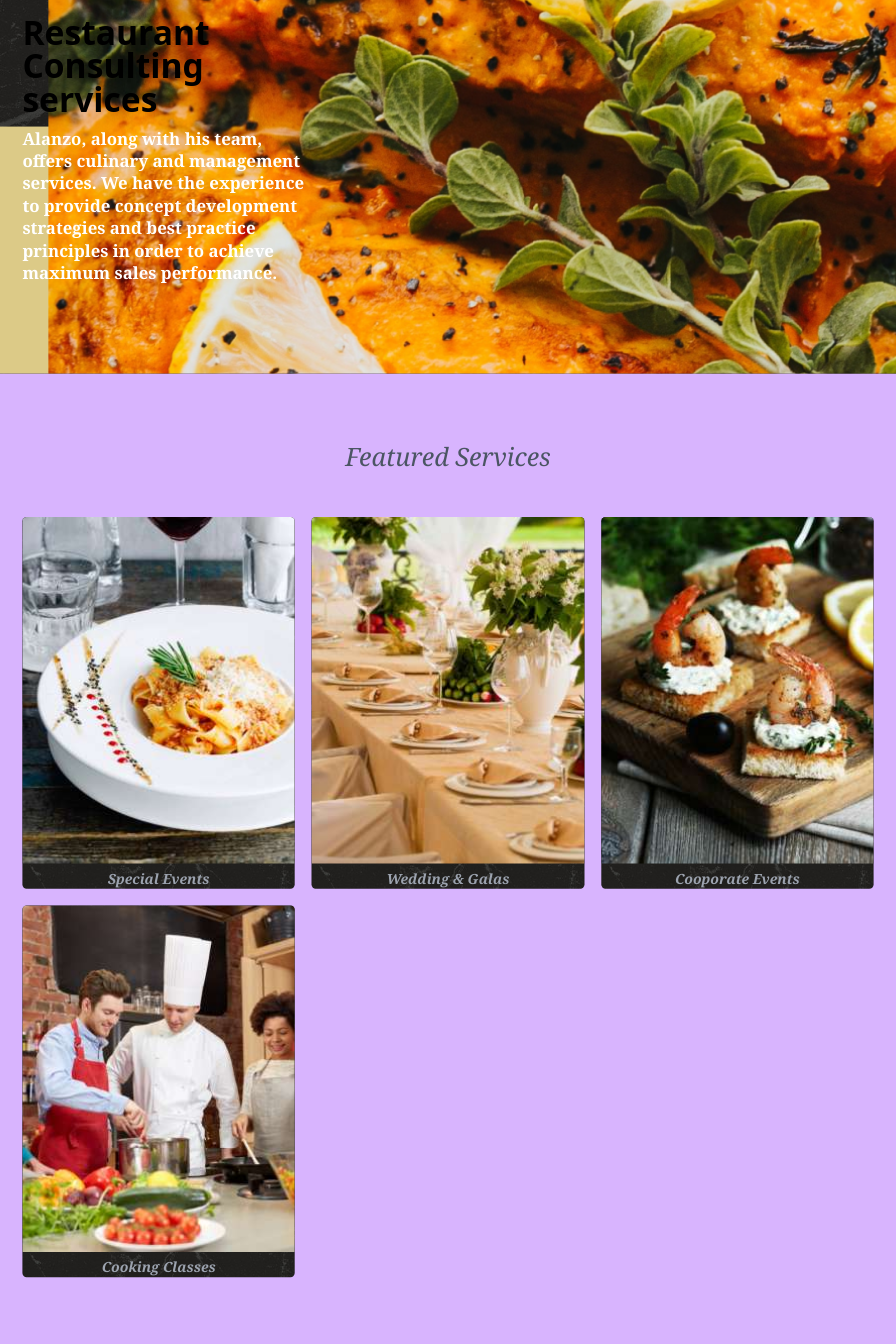
Repository: remydev47/alanzo
Page: /
The author's editor kept a copy of each file at every save. The page is drawn from the files as they stood at one save, then again after the next save.
The browser window is 1280 px wide. The pictures show the part of the page from y = 2102 to 4022 px (the page is 4022 px tall), at 70% of full size.
The project was rebuilt for these pictures with package versions that can differ from the ones it lists, and the page was loaded fresh each time. The framework's server and built-in components were replaced by stand-ins that run in the browser. Also part of the build but not shown: next.config.js, components/Menu.tsx, components/Testimonials.tsx, components/CTA.tsx, components/Footer.tsx.

Above is the page before, as saved 2022-12-17 13:13:58.

After the next save:
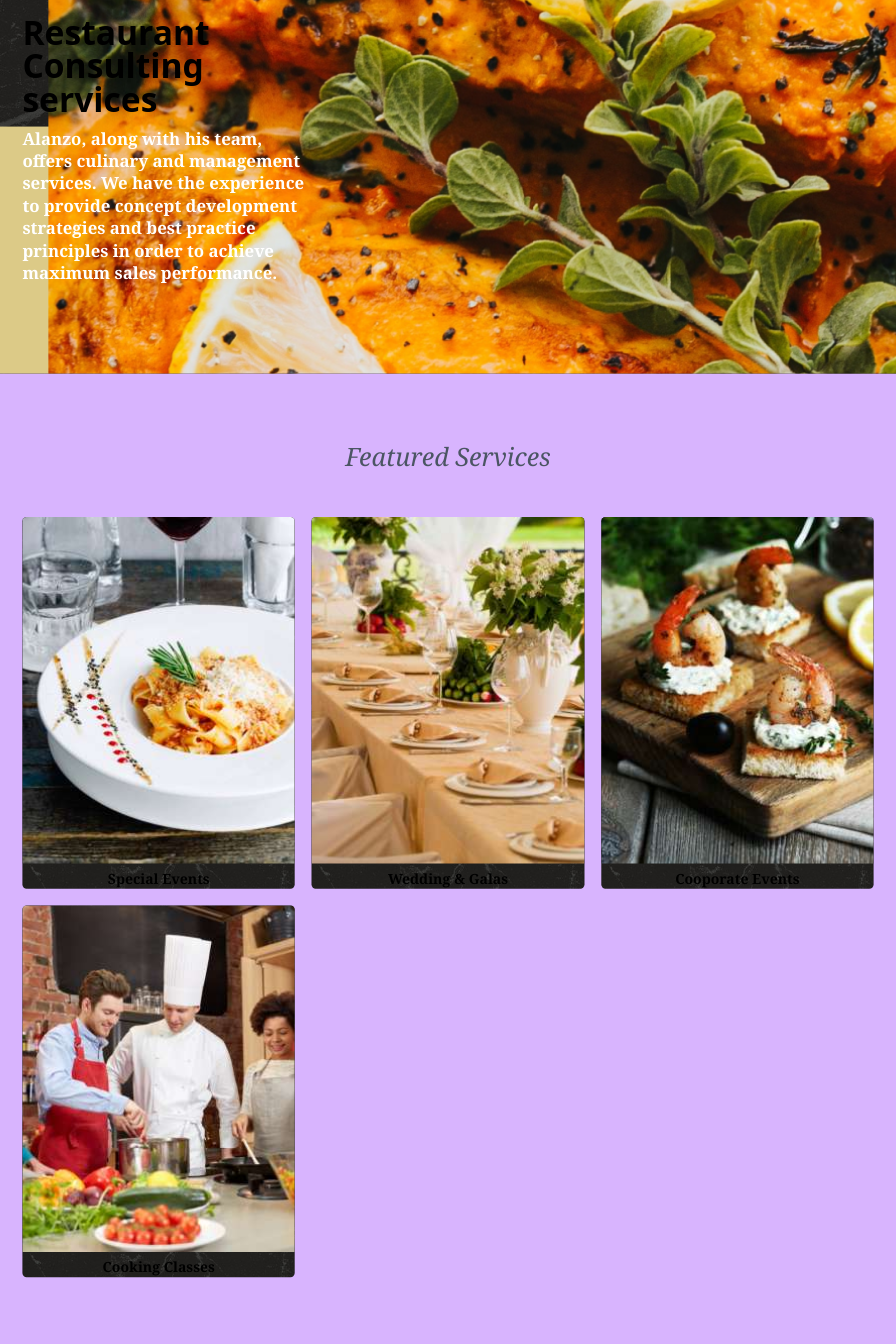
Saved 47 s later.
--- a/components/Catering.tsx
+++ b/components/Catering.tsx
@@ -41,7 +41,7 @@ const Catering = () => {
                className="w-full"
              />
 
-             <h2 className='font-bold font-serif text-xl text-gray-400 italic text-center mt-2'>
+             <h2 className='font-bold font-serif text-xl text-black text-center mt-2'>
                {item.title}
              </h2>
              <p className='text-xl font-serif text-gray-300 text-center '>
